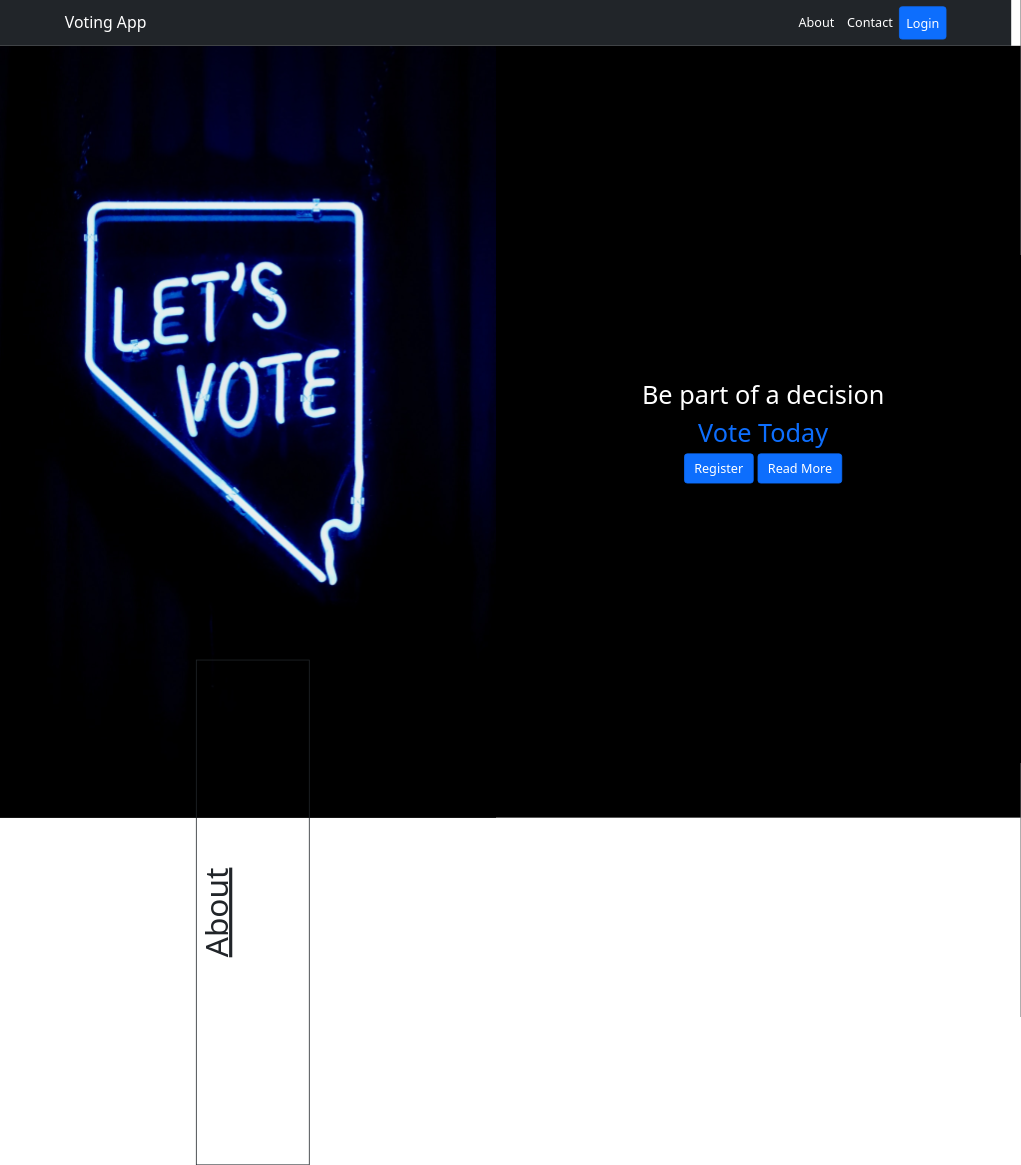
Repository: DavidManiIbrahim/Voting-app
Page: index.html
An editor plug-in stored every save of this project. The page is shown before and after the next save, followed by the edit.
The browser window is 1280 px wide. The page is 1292 px wide, so the pictures cover 1292 px, including what lies to the right of the window. The pictures show the whole page, at 79% of full size.

Above is the page before, as saved 2025-01-18 03:59:51.

### index.html
<!DOCTYPE html>
<html lang="en">
<head>
    <meta charset="UTF-8">
    <meta name="viewport" content="width=device-width, initial-scale=1.0">
    <title>Voting app</title>
    <link rel="stylesheet" href="./bootstrap.css">
    <link rel="stylesheet" href="./styles.css">
</head>
<body>

<!-- NavBar -->

    <nav class="navbar navbar-expand-lg bg-dark text-white ">
        <div class="container">
            <a href="#" class="navbar-brand text-white ">Voting App</a>


            <button class="navbar-toggler" data-bs-target="#navmenu" data-bs-toggle="collapse">
                <span class="navbar-toggler-icon bg-primary"></span>
            </button>
            <div class="collapse navbar-collapse " id="navmenu">
                <ul class="navbar-nav ms-auto text-center">
                    <li class="nav-link text-white">About</li>
                    <li class="nav-link text-white">Contact</li>
                    <a class="nav-link btn btn-primary text-white">Login</a>
                </ul>
            </div>
</div>
    </nav>

<!-- Hero Section -->

<div class="row h-100 curtain">
    <div class="col-md">
        <img src="./unsplash_LA1VawaCjjI.svg" alt="" class="img-fluid">
    </div>
    <div class="col-md m-auto" >
        <div class="container-fluid text-center lead m-auto text-white" id="content">
            <h2>Be part of a decision</h2>
            <h2 class="text-primary">Vote Today</h2>
            <div class="">
                <button class="btn btn-primary">Register</button>
                <button class="btn btn-primary">Read More</button>
            </div>
        </div>
    </div>
</div>

<!-- About Section -->

<div class="row mt-5">
    <div class="container text-center">
        <div class="rotate">
            <h1 class="text-decoration-underline bdo">About</h1>
        </div>

    </div>
</div>






    <script src="./bootstrap.min.js"></script>
</body>
</html>

### styles.css
.lead,#content{
    /* height:50vh; */
    /* border:1px solid; */
    padding: 50px;
}

.curtain{
    background-color: #000;
}

.rotate{
    border:1px solid;
    rotate: 270deg;
    width:50%;
    height:20vh;
    margin-right: 150px;
    text-align: center;
}

Loaded but not shown: bootstrap.css (library); bootstrap.min.js (library)

After the next save:
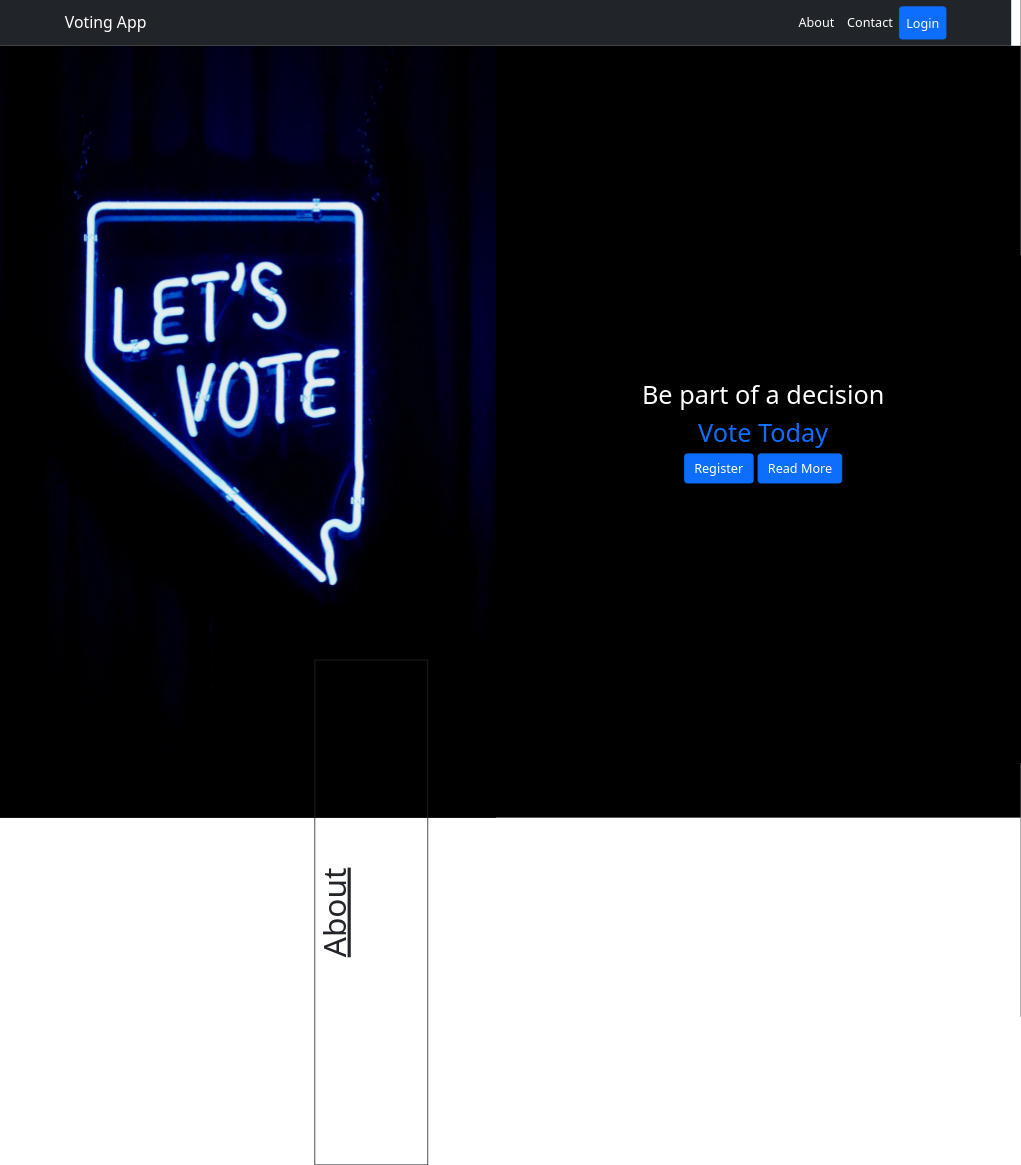
Saved 5 s later.
--- a/styles.css
+++ b/styles.css
@@ -13,6 +13,6 @@
     rotate: 270deg;
     width:50%;
     height:20vh;
-    margin-right: 150px;
+    margin-left: 150px;
     text-align: center;
 }

After the save that followed:
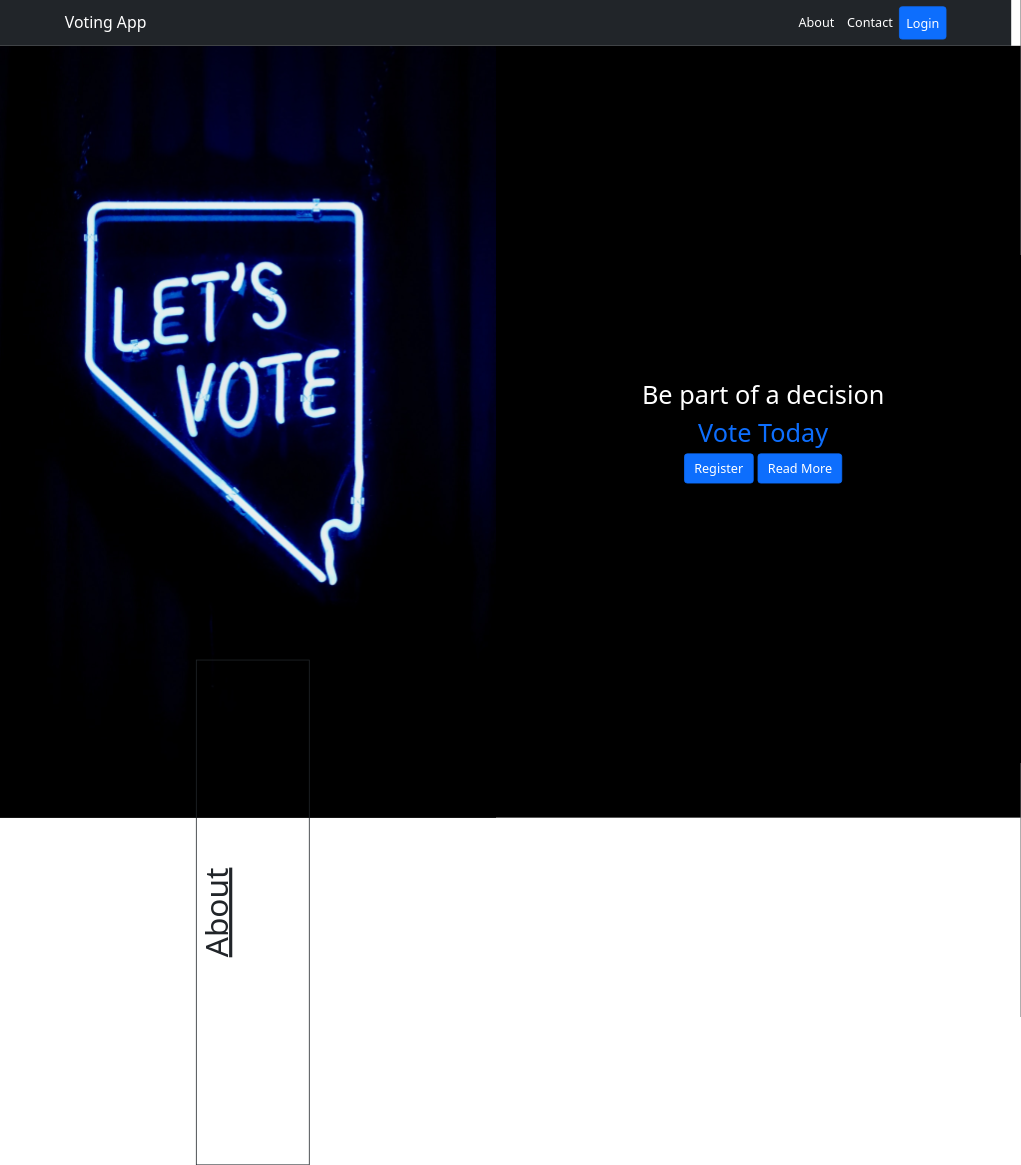
Saved 9 s later.
--- a/styles.css
+++ b/styles.css
@@ -13,6 +13,6 @@
     rotate: 270deg;
     width:50%;
     height:20vh;
-    margin-left: 150px;
+    margin-bottom: 150px;
     text-align: center;
 }
